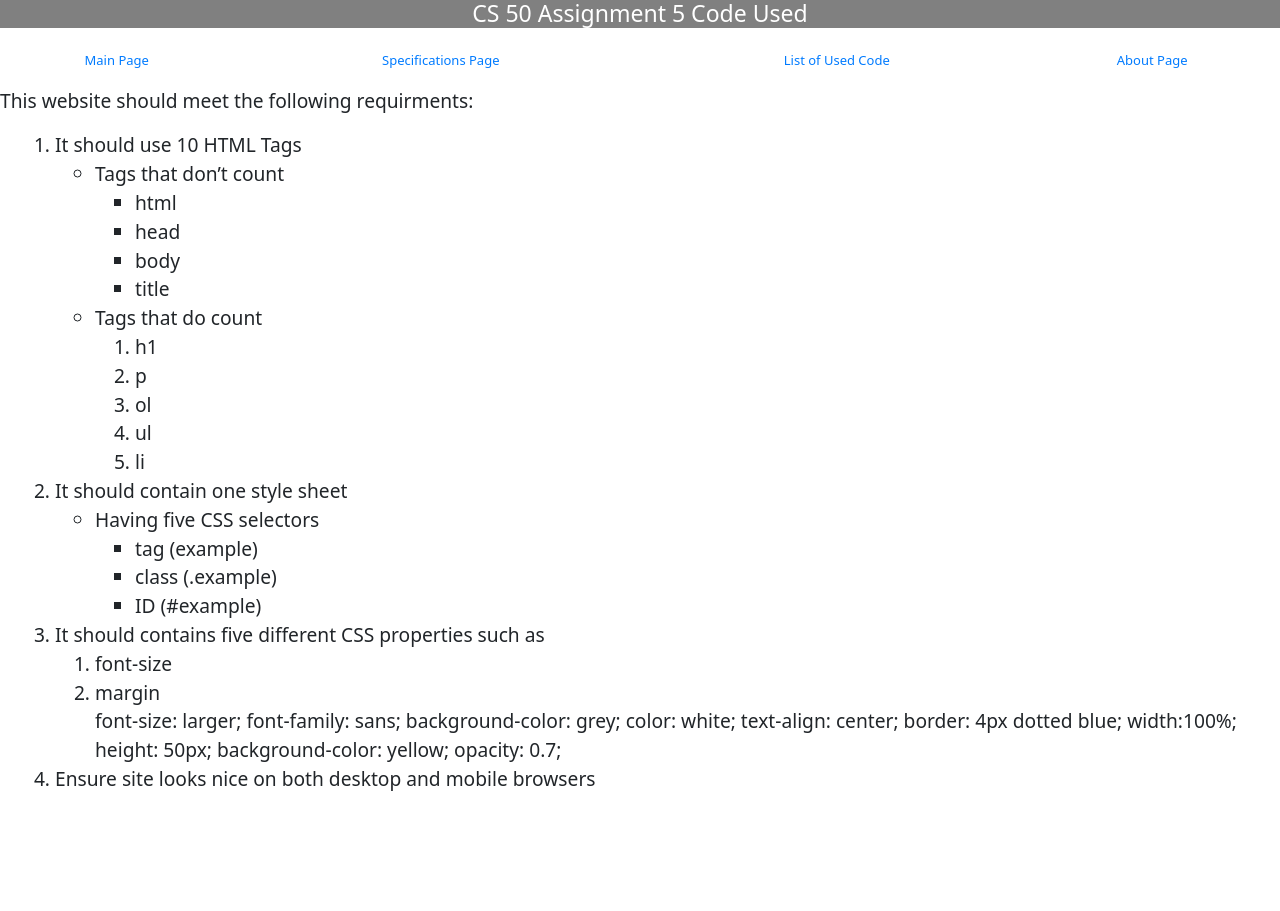
Repository: RSchwinn/cs50
Page: workspace/pset5/homepage/add.html
The author's editor kept a record of every edit. The page is drawn from the files as they stood at one moment, then again after the next edit.
The browser window is 1280 px wide. The pictures show the whole page.

Above is the page before.

### workspace/pset5/homepage/add.html
<!DOCTYPE html>

<html lang="en">
    <head>
        <!-- Required meta tags -->
        <meta charset="utf-8">
        <meta name="viewport" content="width=device-width, initial-scale=1, shrink-to-fit=no">

        <!-- Bootstrap CSS -->
        <link rel="stylesheet" href="https://stackpath.bootstrapcdn.com/bootstrap/4.1.3/css/bootstrap.min.css" integrity="sha384-MCw98/SFnGE8fJT3GXwEOngsV7Zt27NXFoaoApmYm81iuXoPkFOJwJ8ERdknLPMO" crossorigin="anonymous">
        <link href="styles.css" rel="stylesheet">
        <title>CS 50 Assignment 5 Code Used</title>
    </head>
    <body>
        <h1> CS 50 Assignment 5 Code Used</h1>
<table style="width:100%">
  <tr>
<td><a href="index.html">Main Page</a> </td>
<td><a href="specs.html">Specifications Page</a> </td>
<td><a href="add.html">List of Used Code</a> </td>
<td><a href="about.html">About Page</a> </td>
</tr>
</table>
        <p> This website should meet the following requirments:</p>
        <div class = "container-fluid">
            <ol>
                <li>It should use 10 HTML Tags
                    <ul>
                        <li>Tags that don’t count
                            <ul>
                                <li> html </li>
                                <li> head </li>
                                <li> body </li>
                                <li> title </li>
                            </ul>
                        </li>
                        <li> Tags that do count
                            <ol>
                                <li> h1 </li>
                                <li> p </li>
                                <li> ol </li>
                                <li> ul </li>
                                <li> li </li>
                            </ol>
                        </li>
                    </ul>
                </li>
                <li>It should contain one style sheet
                    <ul>
                        <li> Having five CSS selectors
                            <ul>
                                <li> tag (example) </li>
                                <li> class (.example) </li>
                                <li> ID (#example)</li>
                            </ul>
                        </li>
                    </ul>
                </li>
                <li>It should contains five different CSS properties such as
                    <ol>
                        <li> font-size </li>
                        <li> margin </li>
                            font-size: larger;
    font-family: sans;
    background-color: grey;
    color: white;

    text-align: center;
    border: 4px dotted blue;

    width:100%;
    height: 50px;
    background-color: yellow;
    opacity: 0.7;
                    </ol>
                </li>
                <li>
                    Ensure site looks nice on both desktop and mobile browsers
                </li>
            </ol>
        </div>
        </ol>
    <table align = ''>
        <tr>
            <td> 1 </td>
            <td> 2 </td>
            <td> 3 </td>
        </tr>
        <tr>
            <td> 5 </td>
            <td> 10 </td>
            <td> 15 </td>
        </tr>
    </table>

    <script src="https://code.jquery.com/jquery-3.3.1.slim.min.js" integrity="sha384-q8i/X+965DzO0rT7abK41JStQIAqVgRVzpbzo5smXKp4YfRvH+8abtTE1Pi6jizo" crossorigin="anonymous"></script>
    <script src="https://cdnjs.cloudflare.com/ajax/libs/popper.js/1.14.3/umd/popper.min.js" integrity="sha384-ZMP7rVo3mIykV+2+9J3UJ46jBk0WLaUAdn689aCwoqbBJiSnjAK/l8WvCWPIPm49" crossorigin="anonymous"></script>
    <script src="https://stackpath.bootstrapcdn.com/bootstrap/4.1.3/js/bootstrap.min.js" integrity="sha384-ChfqqxuZUCnJSK3+MXmPNIyE6ZbWh2IMqE241rYiqJxyMiZ6OW/JmZQ5stwEULTy" crossorigin="anonymous"></script>
    </body>
</html>

### workspace/pset5/homepage/styles.css
body
{
    font-size: larger;
    font-family: sans;
}

h1
{
    background-color: grey;
    color: white;
    font-size: larger;
    font-family: sans;
    text-align: center;
}

#unique
{
    border: 4px dotted blue;
}

table
{
    border: 1px solid white;
    text-align: center;
    width:100%;
    font-size: small;
}

tr
{
    height: 50px;
}

td
{
    border: 1px solid white;
    color: white;
}

.students
{
    background-color: yellow;
    opacity: 0.7;
}

After the next edit:
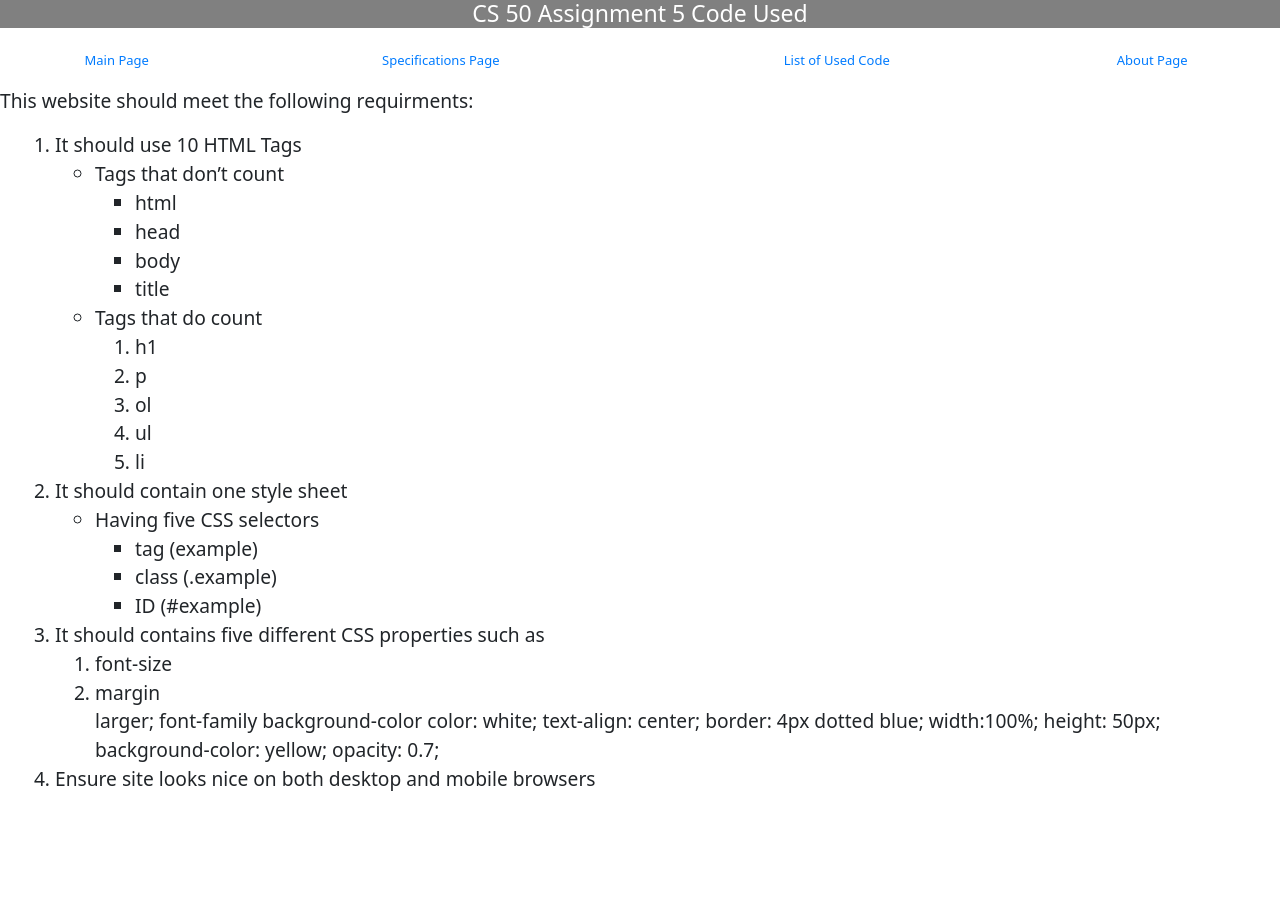
The edit:
--- a/workspace/pset5/homepage/add.html
+++ b/workspace/pset5/homepage/add.html
@@ -60,9 +60,9 @@
                     <ol>
                         <li> font-size </li>
                         <li> margin </li>
-                            font-size: larger;
-    font-family: sans;
-    background-color: grey;
+                        larger;
+    font-family
+    background-color
     color: white;
 
     text-align: center;
